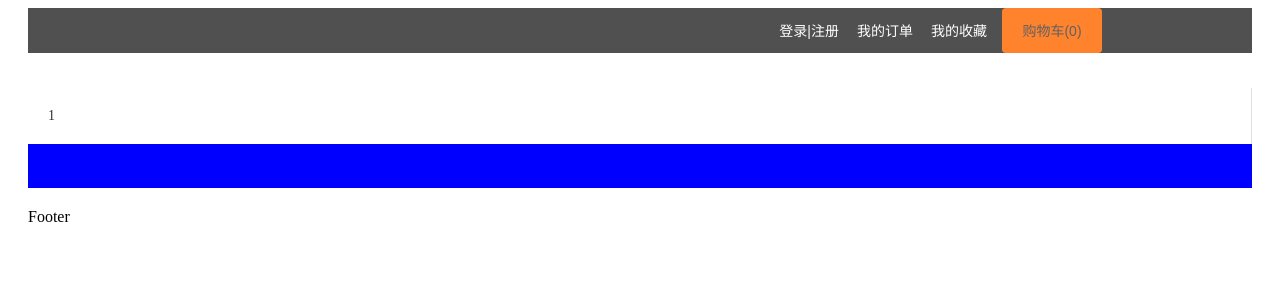
Repository: zhenghaochang/---
Page: / (app in xiaomi/)
An editor plug-in stored every save of this project. The page is shown before and after the next save, followed by the edit.
The browser window is 1280 px wide. The pictures show the whole page.
The project was rebuilt for these pictures with package versions that can differ from the ones it lists, and the page was loaded fresh each time. Also part of the build but not shown: xiaomi/vite.config.js.

Above is the page before, as saved 2025-07-31 09:43:44.

After the next save:
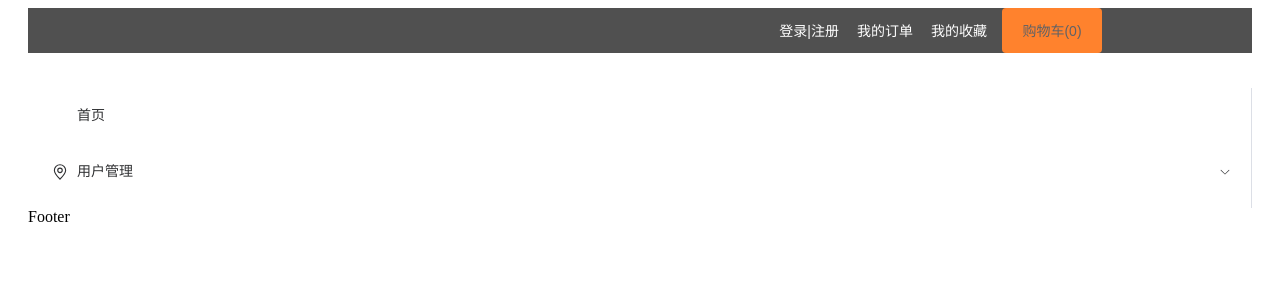
Saved 2 min 58 s later.
--- a/xiaomi/src/components/main.vue
+++ b/xiaomi/src/components/main.vue
@@ -4,11 +4,31 @@
 
 <template>
     <div style="width:100%;height:100px;background:blue">
-        <el-menu>
-            <el-menu-item>
-                1
-            </el-menu-item>
-        </el-menu>
+        <el-menu
+    default-active="2"
+    class="el-menu-vertical-demo"
+    @open="handleOpen"
+    @close="handleClose"
+  >
+    <el-menu-item index="1">
+      <el-icon><icon-menu /></el-icon>
+      <span>首页</span>
+    </el-menu-item>
+
+    <el-sub-menu index="2">
+      <template #title>
+        <el-icon><location /></el-icon>
+        <span>用户管理</span>
+      </template>
+      <el-menu-item index="2-1">用户列表</el-menu-item>
+      <el-menu-item index="2-2">角色管理</el-menu-item>
+    </el-sub-menu>
+
+    <el-menu-item index="3" disabled>
+      <el-icon><document /></el-icon>
+      <span>禁用菜单</span>
+    </el-menu-item>
+  </el-menu>
     </div>
 </template>
 
